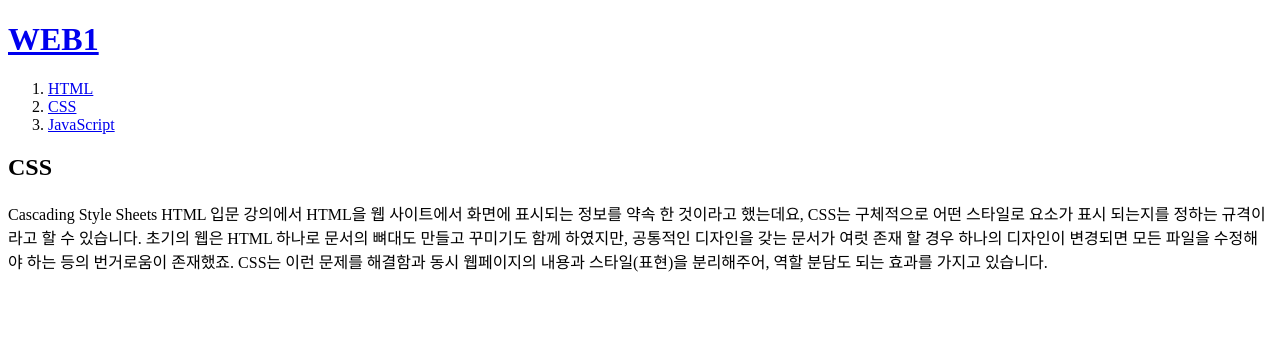
Repository: winterer4/Web-1
Page: HTML5/1.html
These files come from the project's save history. The page is drawn as it stood at one moment and after the next save; the edit follows.
The browser window is 1280 px wide. The pictures show the whole page.

Above is the page before, as saved 2018-10-29 07:24:55.

### HTML5/1.html
<!DOCTYPE html>
<html>
<head>
<meta charset="UTF-8">
<title>WEB 1  - HTML</title>
</head>
<body>
 <h1><a href="index.html">WEB1</a></h1>
<ol>
	<li><a href="1.html">HTML      </a></li>
	<li><a href="2.html">CSS       </a></li>
	<li><a href="3.html">JavaScript</a></li>
</ol>

	<h2>CSS</h2>
	<p>Cascading Style Sheets

HTML 입문 강의에서 HTML을 웹 사이트에서 화면에 표시되는 정보를 약속 한 것이라고 했는데요,
CSS는 구체적으로 어떤 스타일로 요소가 표시 되는지를 정하는 규격이라고 할 수 있습니다.

초기의 웹은 HTML 하나로 문서의 뼈대도 만들고 꾸미기도 함께 하였지만,
공통적인 디자인을 갖는 문서가 여럿 존재 할 경우 하나의 디자인이 변경되면 모든 파일을 수정해야 하는 등의 번거로움이 존재했죠.

CSS는 이런 문제를 해결함과 동시 웹페이지의 내용과 스타일(표현)을 분리해주어, 역할 분담도 되는 효과를 가지고 있습니다.</p>




</body>




</html>

After the next save:
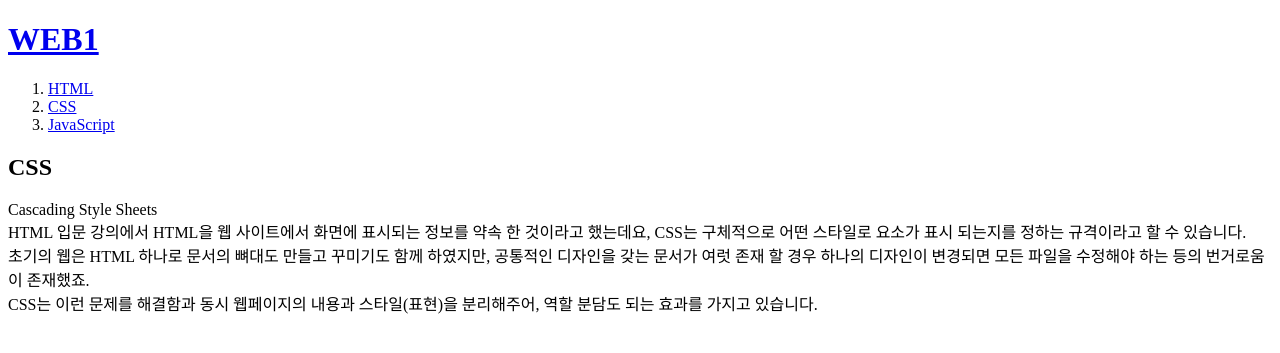
Saved 26 s later.
--- a/HTML5/1.html
+++ b/HTML5/1.html
@@ -13,15 +13,18 @@
 </ol>
 
 	<h2>CSS</h2>
-	<p>Cascading Style Sheets
-
+<p>
+Cascading Style Sheets
+<br>
 HTML 입문 강의에서 HTML을 웹 사이트에서 화면에 표시되는 정보를 약속 한 것이라고 했는데요,
 CSS는 구체적으로 어떤 스타일로 요소가 표시 되는지를 정하는 규격이라고 할 수 있습니다.
-
+<br>
 초기의 웹은 HTML 하나로 문서의 뼈대도 만들고 꾸미기도 함께 하였지만,
 공통적인 디자인을 갖는 문서가 여럿 존재 할 경우 하나의 디자인이 변경되면 모든 파일을 수정해야 하는 등의 번거로움이 존재했죠.
+<br>
+CSS는 이런 문제를 해결함과 동시 웹페이지의 내용과 스타일(표현)을 분리해주어, 역할 분담도 되는 효과를 가지고 있습니다.
 
-CSS는 이런 문제를 해결함과 동시 웹페이지의 내용과 스타일(표현)을 분리해주어, 역할 분담도 되는 효과를 가지고 있습니다.</p>
+</p>
 
 
 
